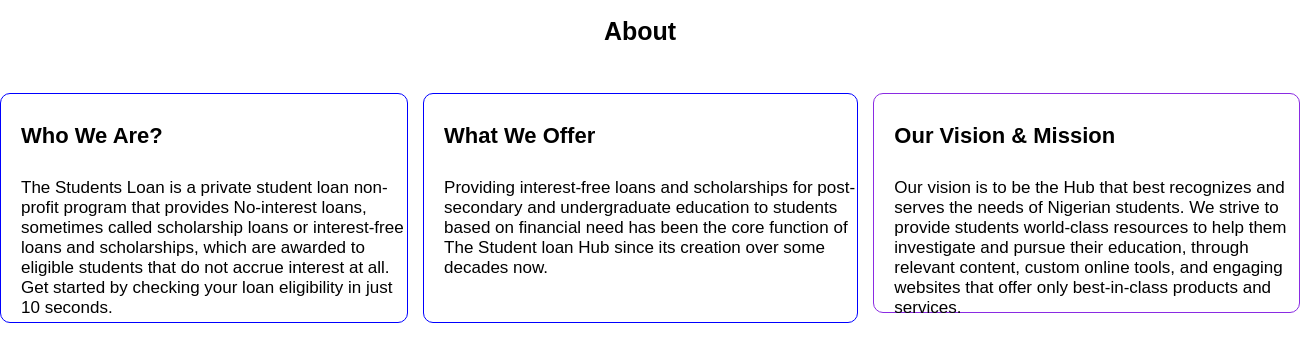
Repository: Tobby004/basic-loanweb
Page: about.html
The author's editor kept a copy of each file at every save. The page is drawn from the files as they stood at one save, then again after the next save.
The browser window is 1280 px wide. The page is 1300 px wide, so the pictures cover 1300 px, including what lies to the right of the window. The pictures show the whole page.

Above is the page before, as saved 2023-07-05 10:40:30.

After the next save:
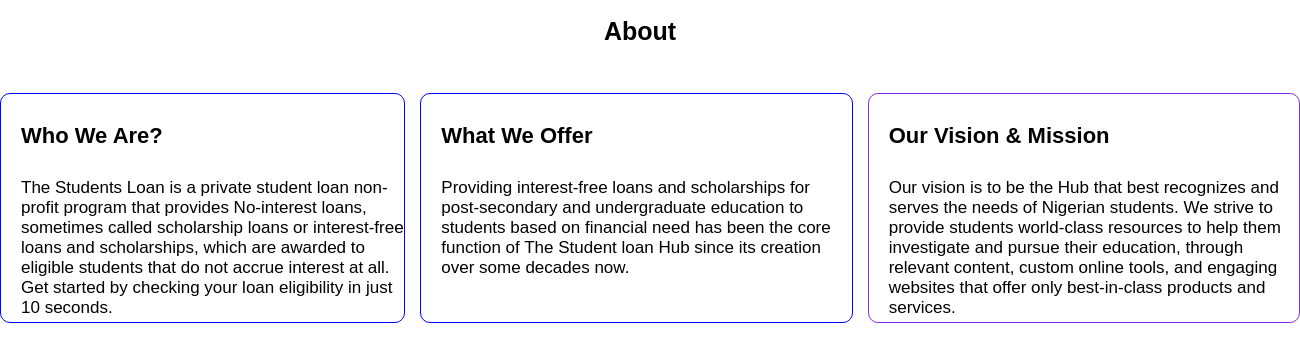
Saved 41 s later.
--- a/about.css
+++ b/about.css
@@ -48,8 +48,8 @@ h1 {
     font-family: sans-serif;
 }
 .box-3{
-    height: 220px;
-    width: 480;
+    height: 230px;
+    width: 480px;
     margin-top: 30px;
     background: #ffffff;
     border-radius: 10px;
